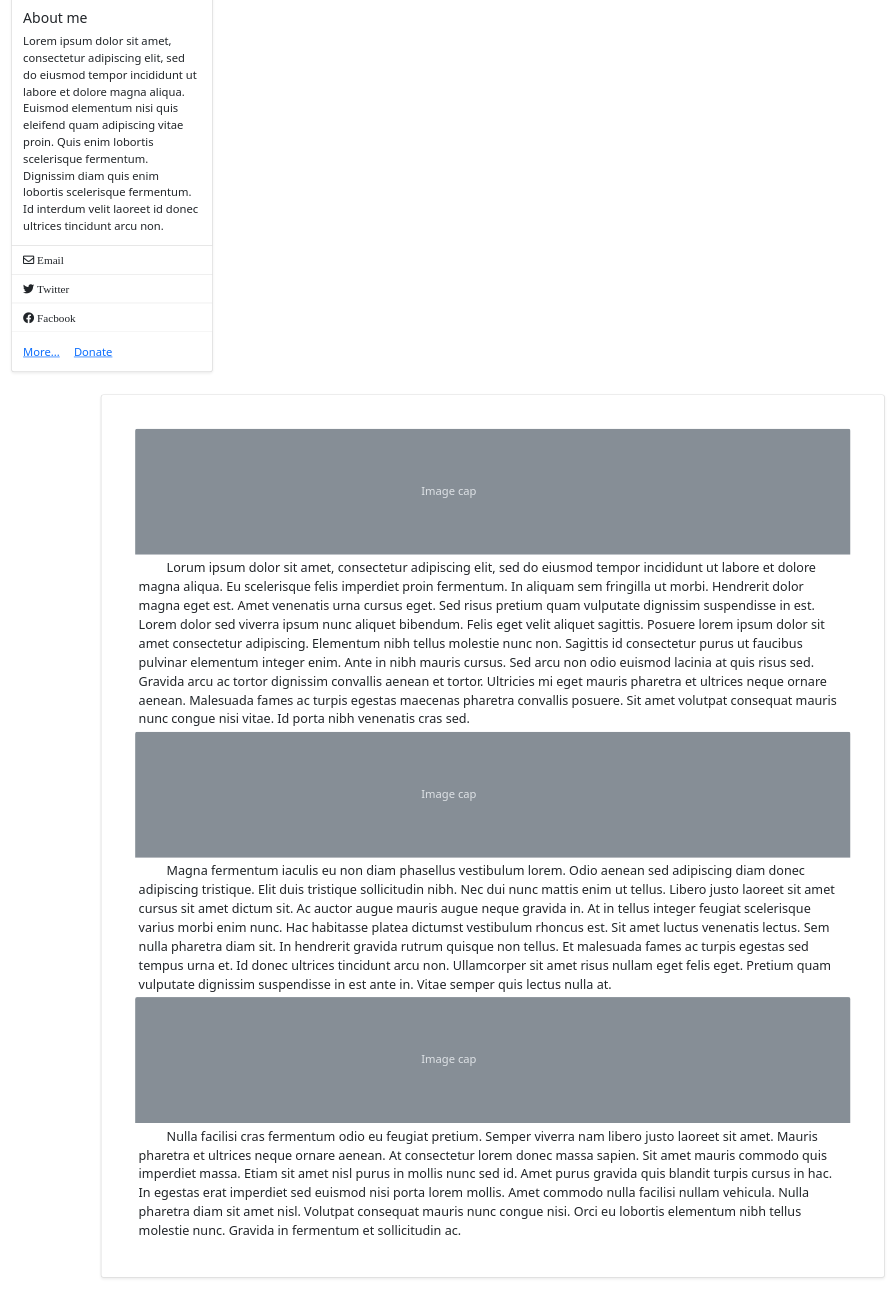
Repository: LublubXT/Azi-Tec-Team
Page: views/templates/blogs/personalblog/home.html
An editor plug-in stored every save of this project. The page is shown before and after a run of saves, followed by the edit.
The browser window is 1280 px wide. The pictures show the part of the page from y = 918 to 2838 px (the page is 2760 px tall before and 2838 px after), at 70% of full size.

Above is the page before, as saved 2021-03-11 09:25:12.

### views/templates/blogs/personalblog/home.html
<!DOCTYPE html>
<html lang="en">

    <head>
        <meta charset="UTF-8">
        <meta http-equiv="X-UA-Compatible" content="IE=edge">
        <meta name="viewport" content="width=device-width, initial-scale=1.0">

        <!-- import style sheet file -->
        <link rel="stylesheet" href="css/style.css">
        <link rel="stylesheet" href="css/bootstrap.min.css">
        <link rel="stylesheet" href="fontawesome/css/all.css">


        <title>My Blog</title>
    </head>

    <body>
        <div class="header imgDiv">
            <nav class="navbar navbar-expand-lg navbar-light fixed-top shadow-sm"
                style="background-color: transparent;">
                <div class="container-fluid">
                    <a class="navbar-brand" href="#">My Blog</a>
                    <button class="navbar-toggler" type="button" data-bs-toggle="collapse"
                        data-bs-target="#navbarNavAltMarkup" aria-controls="navbarNavAltMarkup" aria-expanded="false"
                        aria-label="Toggle navigation">
                        <span class="navbar-toggler-icon"></span>
                    </button>
                    <div class="collapse navbar-collapse float-end" id="navbarNavAltMarkup">
                        <div class="navbar-nav float-end">
                            <a class="nav-link active" aria-current="page" href="#">Home</a>
                            <a class="nav-link" href="#">Posts</a>
                            <a class="nav-link" href="#">Donate</a>
                        </div>
                    </div>
                </div>
            </nav>
            <p class="card-text position-absolute top-50 end-50 text-light">Image
                cap</p>
        </div>

        <div style="width: 100%;">

            <div class="card mx-3 my-3 shadow-sm" style="width: 18rem;">
                <svg class="bd-placeholder-img card-img-top" width="100%" height="180"
                    xmlns="http://www.w3.org/2000/svg" role="img" aria-label="Placeholder: Image cap"
                    preserveAspectRatio="xMidYMid slice" focusable="true">
                    <title>Placeholder</title>
                    <rect width="100%" height="100%" fill="#868e96"></rect><text x="40%" y="50%" fill="#dee2e6"
                        dy=".3em">Image
                        cap</text>
                </svg>
                <div class="card-body">
                    <h5 class="card-title">About me</h5>
                    <p class="card-text">Lorem ipsum dolor sit amet, consectetur adipiscing elit, sed do eiusmod tempor
                        incididunt ut labore et dolore magna
                        aliqua. Euismod elementum nisi quis eleifend quam adipiscing vitae proin. Quis enim lobortis
                        scelerisque fermentum.
                        Dignissim diam quis enim lobortis scelerisque fermentum. Id interdum velit laoreet id donec
                        ultrices tincidunt arcu non.</p>
                </div>
                <ul class="list-group list-group-flush">
                    <li class="list-group-item"><i class="far fa-envelope"> Email</i></li>
                    <li class="list-group-item"><i class="fab fa-twitter"> Twitter</i></li>
                    <li class="list-group-item"><i class="fab fa-facebook"> Facbook</i></li>
                </ul>
                <div class="card-body">
                    <a href="#" class="card-link">More...</a>
                    <a href="#" class="card-link">Donate</a>
                </div>
            </div>
            <div class="card mx-3 my-3 float-end shadow-sm p-5" style="width: 70rem; height: auto;">
                <svg class="bd-placeholder-img card-img-top" width="100%" height="180"
                    xmlns="http://www.w3.org/2000/svg" role="img" aria-label="Placeholder: Image cap"
                    preserveAspectRatio="xMidYMid slice" focusable="true">
                    <title>Placeholder</title>
                    <rect width="100%" height="100%" fill="#868e96"></rect><text x="40%" y="50%" fill="#dee2e6"
                        dy=".3em">Image
                        cap</text>
                </svg>
                <p class="text-dark main_p"><span class="tab"></span> Lorum ipsum dolor sit amet, consectetur adipiscing
                    elit,
                    sed do eiusmod
                    tempor
                    incididunt ut labore et dolore magna
                    aliqua. Eu scelerisque felis imperdiet proin fermentum. In aliquam sem fringilla ut morbi. Hendrerit
                    dolor magna eget
                    est. Amet venenatis urna cursus eget. Sed risus pretium quam vulputate dignissim suspendisse in est.
                    Lorem dolor sed
                    viverra ipsum nunc aliquet bibendum. Felis eget velit aliquet sagittis. Posuere lorem ipsum dolor
                    sit amet consectetur
                    adipiscing. Elementum nibh tellus molestie nunc non. Sagittis id consectetur purus ut faucibus
                    pulvinar elementum
                    integer enim. Ante in nibh mauris cursus. Sed arcu non odio euismod lacinia at quis risus sed.
                    Gravida arcu ac tortor
                    dignissim convallis aenean et tortor. Ultricies mi eget mauris pharetra et ultrices neque ornare
                    aenean. Malesuada fames
                    ac turpis egestas maecenas pharetra convallis posuere. Sit amet volutpat consequat mauris nunc
                    congue nisi vitae. Id
                    porta nibh venenatis cras sed.
                </p>
                <svg class="bd-placeholder-img card-img-top" width="100%" height="180"
                    xmlns="http://www.w3.org/2000/svg" role="img" aria-label="Placeholder: Image cap"
                    preserveAspectRatio="xMidYMid slice" focusable="true">
                    <title>Placeholder</title>
                    <rect width="100%" height="100%" fill="#868e96"></rect><text x="40%" y="50%" fill="#dee2e6"
                        dy=".3em">Image
                        cap</text>
                </svg>
                <p class="text-dark main_p"><span class="tab"></span>
                    Magna fermentum iaculis eu non diam phasellus vestibulum lorem. Odio aenean sed adipiscing diam
                    donec adipiscing
                    tristique. Elit duis tristique sollicitudin nibh. Nec dui nunc mattis enim ut tellus. Libero justo
                    laoreet sit amet
                    cursus sit amet dictum sit. Ac auctor augue mauris augue neque gravida in. At in tellus integer
                    feugiat scelerisque
                    varius morbi enim nunc. Hac habitasse platea dictumst vestibulum rhoncus est. Sit amet luctus
                    venenatis lectus. Sem
                    nulla pharetra diam sit. In hendrerit gravida rutrum quisque non tellus. Et malesuada fames ac
                    turpis egestas sed tempus
                    urna et. Id donec ultrices tincidunt arcu non. Ullamcorper sit amet risus nullam eget felis eget.
                    Pretium quam vulputate
                    dignissim suspendisse in est ante in. Vitae semper quis lectus nulla at.
                </p>
                <svg class="bd-placeholder-img card-img-top" width="100%" height="180" xmlns="http://www.w3.org/2000/svg" role="img"
                    aria-label="Placeholder: Image cap" preserveAspectRatio="xMidYMid slice" focusable="true">
                    <title>Placeholder</title>
                    <rect width="100%" height="100%" fill="#868e96"></rect><text x="40%" y="50%" fill="#dee2e6" dy=".3em">Image
                        cap</text>
                </svg>
                <p class="text-dark main_p"><span class="tab"></span>
                    Nulla facilisi cras fermentum odio eu feugiat pretium. Semper viverra nam libero justo laoreet sit
                    amet. Mauris pharetra
                    et ultrices neque ornare aenean. At consectetur lorem donec massa sapien. Sit amet mauris commodo
                    quis imperdiet massa.
                    Etiam sit amet nisl purus in mollis nunc sed id. Amet purus gravida quis blandit turpis cursus in
                    hac. In egestas erat
                    imperdiet sed euismod nisi porta lorem mollis. Amet commodo nulla facilisi nullam vehicula. Nulla
                    pharetra diam sit amet
                    nisl. Volutpat consequat mauris nunc congue nisi. Orci eu lobortis elementum nibh tellus molestie
                    nunc. Gravida in
                    fermentum et sollicitudin ac.
                </p>

            </div>
        </div>

    </body>

</html>

### views/templates/blogs/personalblog/css/style.css
body {
    margin: 0px;
    padding: 0px;
}

.header {
    max-width: 100%;
    height: 45rem;
}

.imgDiv {
    background-color: #868e96;
}


.navbar {
    background-color: transparent;
    max-width: 100%;
    height: 50px;
    color: white;
    z-index: 3;
    position: sticky;
    top: 0px;
    left: 0px;
}

.mainlink {
    color: white;
    font-family: 'Courier New', Courier, monospace;
    font-weight: bolder;
    background: transparent;
    font-size: xx-large;
    text-decoration: none;
    float: left;
    margin: 10px;
}

.link {
    color: white;
    font-family: 'Courier New', Courier, monospace;
    font-weight: bolder;
    background: transparent;
    font-size: large;
    float: right;
    margin: 10px;
    margin-left: 10px;
    text-decoration: none;
}

.main_p {
    color: rgb(100, 100, 100);
    font-size: large;
    font-weight: 400;
    margin: 5px;
}

.tab {
    margin-left: 40px;
}

Loaded but not shown: views/templates/blogs/personalblog/css/bootstrap.min.css (library); views/templates/blogs/personalblog/fontawesome/css/all.css (library)

After the next 2 saves:
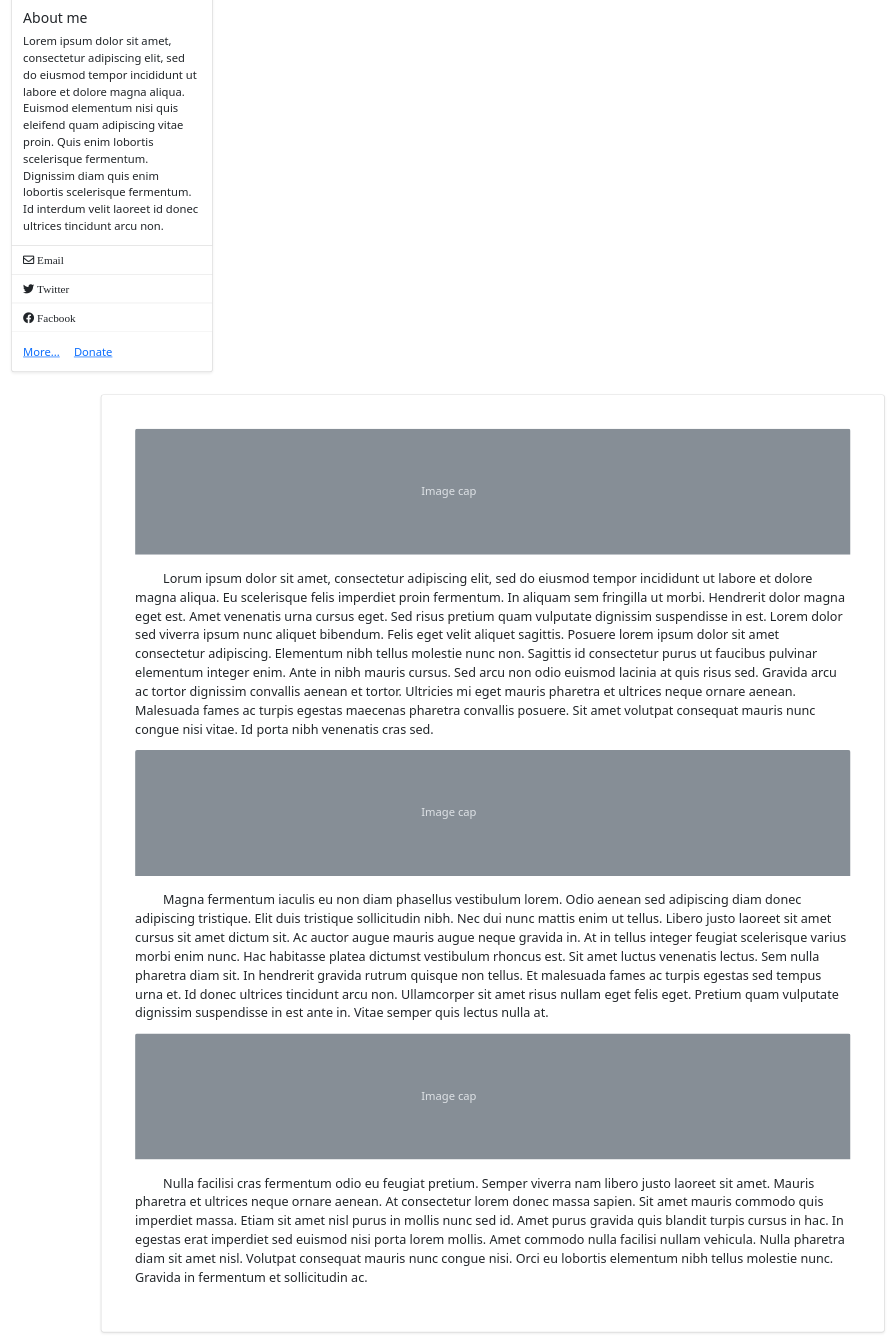
The 2 saves are shown as one change because they came seconds apart.
The last was saved 20 s later.
--- a/views/templates/blogs/personalblog/css/style.css
+++ b/views/templates/blogs/personalblog/css/style.css
@@ -51,7 +51,7 @@ body {
     color: rgb(100, 100, 100);
     font-size: large;
     font-weight: 400;
-    margin: 5px;
+    margin-top: 20px;
 }
 
 .tab {
